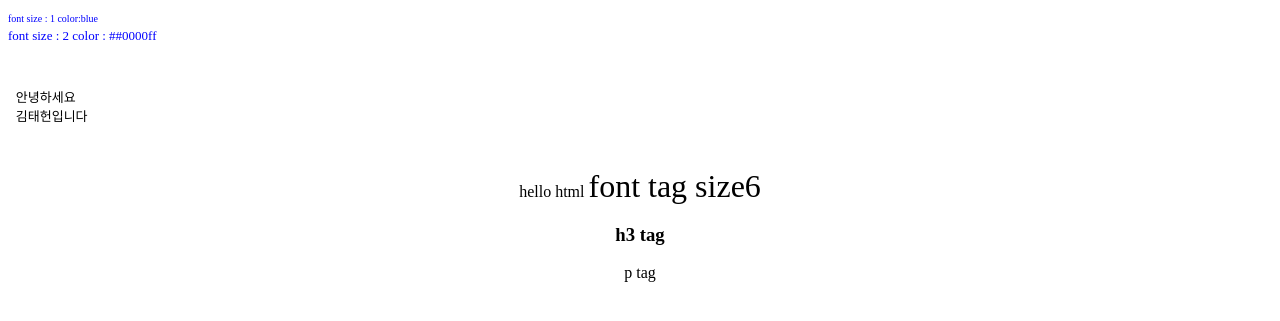
Repository: xsa1113/posco_ict
Page: html/TestSample/WebContent/index3.html
These files come from the project's save history. The page is drawn as it stood at one moment and after the next save; the edit follows.
The browser window is 1280 px wide. The pictures show the whole page.

Above is the page before, as saved 2022-05-04 07:41:49.

After the next save:
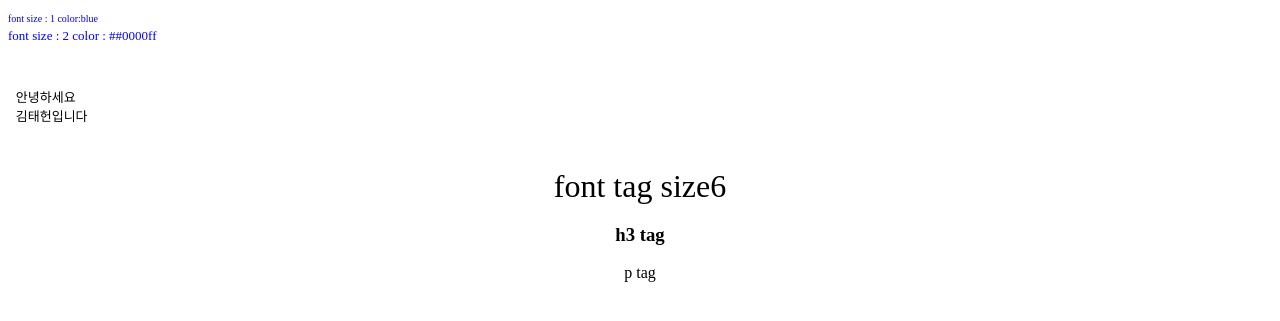
Saved 11 s later.
--- a/html/TestSample/WebContent/index3.html
+++ b/html/TestSample/WebContent/index3.html
@@ -25,7 +25,7 @@ font, div
   -->
  </pre>
 
- <div align = "center">hello html
+ <div align = "center">
  <font size="6"> font tag size6</font>
 <h3>h3 tag</h3>
 <p>p tag</p>
